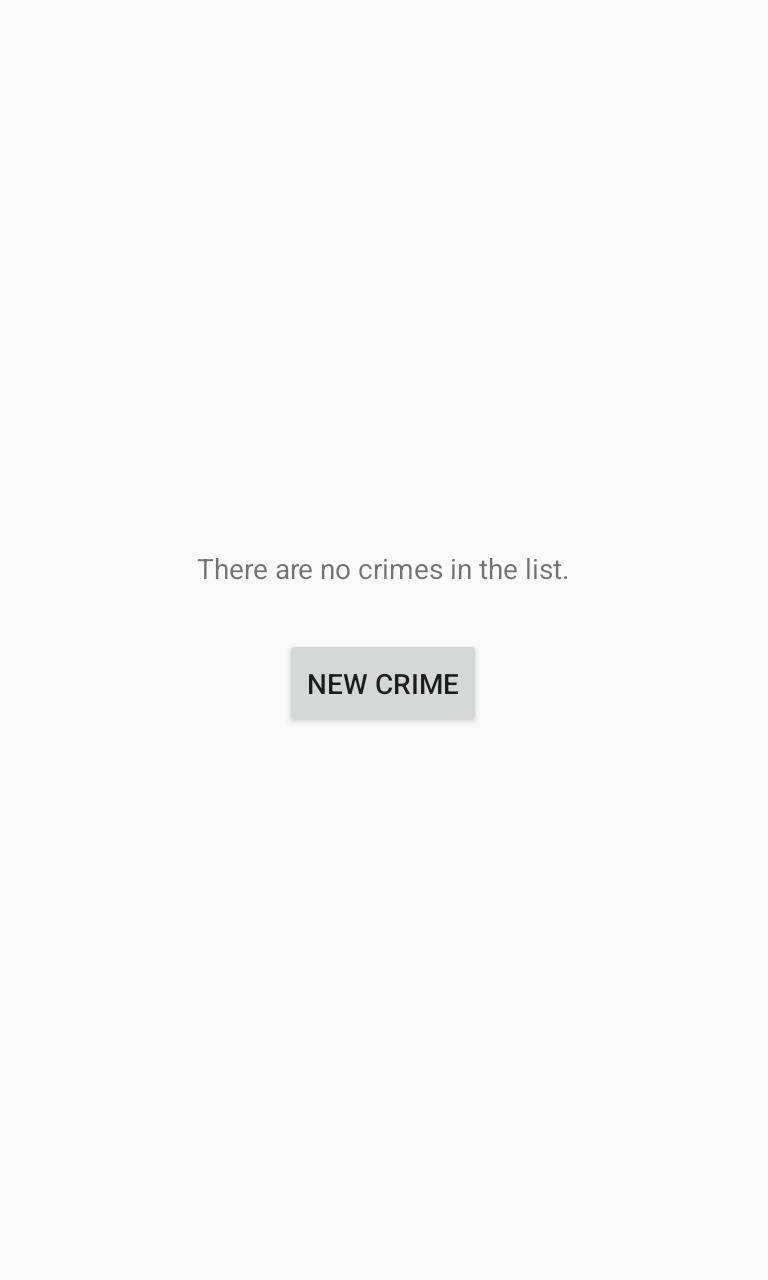
Repository: Jeedan/learning-android-apps
Layout: CriminalIntent/res/layout/fragment_list_empty.xml
The author's editor kept a copy of each file at every save. The layout is drawn from the files as they stood at one save, then again after the next save.
It is drawn on a 768 x 1280 px phone screen (xhdpi) without system bars, with theme AppTheme; the app's code is not run. Lists and similar views that code fills are empty.

Above is the layout before, as saved 2014-10-23 10:15:13.

### CriminalIntent/res/layout/fragment_list_empty.xml
<?xml version="1.0" encoding="utf-8"?>
<FrameLayout xmlns:android="http://schemas.android.com/apk/res/android"
    android:id="@+id/fragmentEmptyContainer"
    android:layout_width="match_parent"
    android:layout_height="match_parent"
    >
   <ListView
      android:id="@android:id/list"
      android:layout_width="wrap_content"
      android:layout_height="wrap_content" />

   <LinearLayout
    android:layout_width="wrap_content"
    android:layout_height="wrap_content"
    android:orientation="vertical"
    android:layout_gravity="center">
    <TextView
        android:id="@android:id/empty"
        android:layout_width="wrap_content"
        android:layout_height="wrap_content"
        android:text="@string/empty_list"
        android:layout_gravity="center" />

    <Button
        android:id="@+id/add_crime_button"
        android:layout_width="wrap_content"
        android:layout_height="wrap_content"
        android:text="@string/add_new_crime_button_label"
        android:layout_gravity="center"
        android:layout_marginTop="24dp"/>
   </LinearLayout>
</FrameLayout>

### CriminalIntent/res/values/strings.xml
<?xml version="1.0" encoding="utf-8"?>
<resources>

    <string name="app_name">CriminalIntent</string>
    <string name="action_settings">Settings</string>

    <!-- Crime Activity -->
    <string name="title_activity_crime">CrimeActivity</string>
    <string name="crime_title_hint">Enter a title for the crime</string>
    <string name="crime_title_label">Title</string>
    <string name="crime_details_label">Details</string>
    <string name="crime_solved_label">Solved?</string>
    <string name="crimes_title">Crimes</string>
    <string name="date_picker_title">Date of crime:</string>
    <string name="add_new_crime_button_label">New Crime</string>

    <string name="new_crime">New Crime</string>
    <string name="show_subtitle">Show Subtitle</string>
    <string name="hide_subtitle">Hide Subtitle</string>
    <string name="subtitle">If you see something, say something.</string>
    <string name="delete_crime">Delete</string>

    <string name="empty_list">There are no crimes in the list.</string>
</resources>

Loaded but not shown: CriminalIntent/res/values/styles.xml (common file); CriminalIntent/res/values-v11/styles.xml (common file); CriminalIntent/res/values-v14/styles.xml (common file)

After the next save:
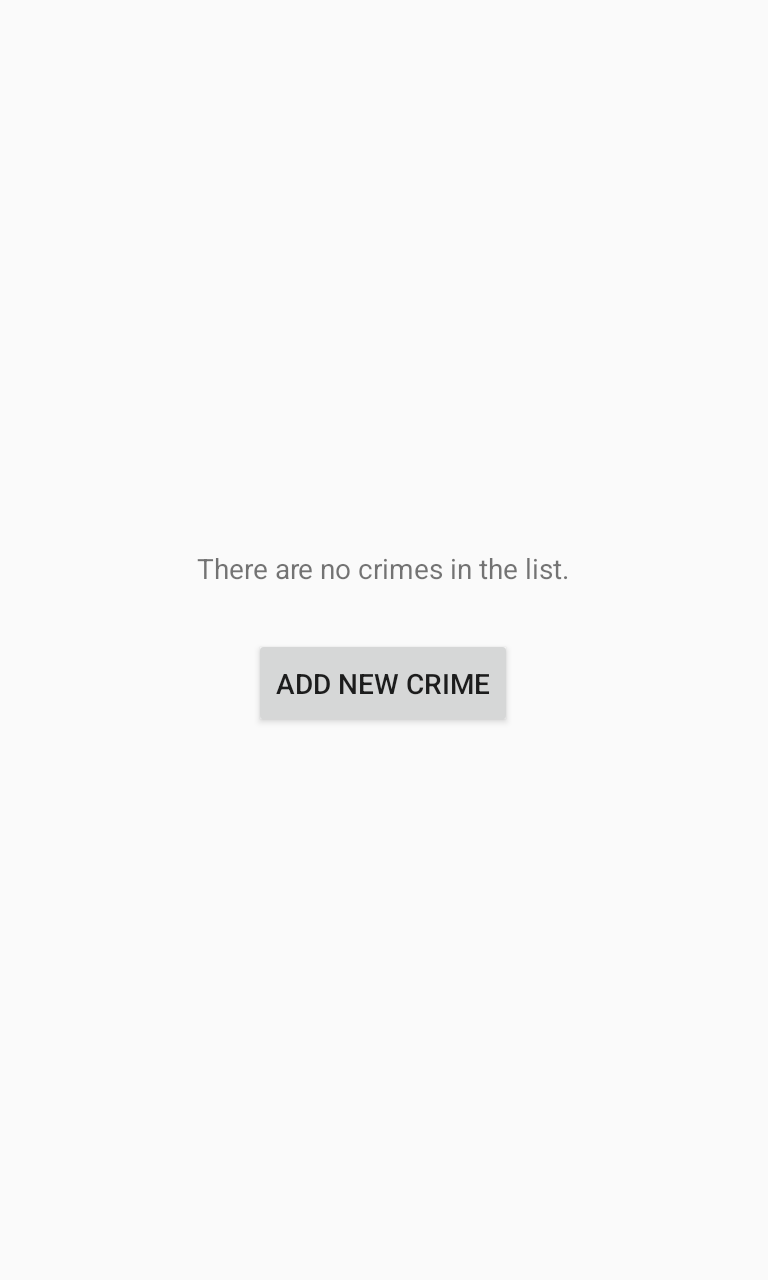
Saved 20 s later.
--- a/CriminalIntent/res/values/strings.xml
+++ b/CriminalIntent/res/values/strings.xml
@@ -12,7 +12,7 @@
     <string name="crime_solved_label">Solved?</string>
     <string name="crimes_title">Crimes</string>
     <string name="date_picker_title">Date of crime:</string>
-    <string name="add_new_crime_button_label">New Crime</string>
+    <string name="add_new_crime_button_label">Add new crime</string>
 
     <string name="new_crime">New Crime</string>
     <string name="show_subtitle">Show Subtitle</string>
